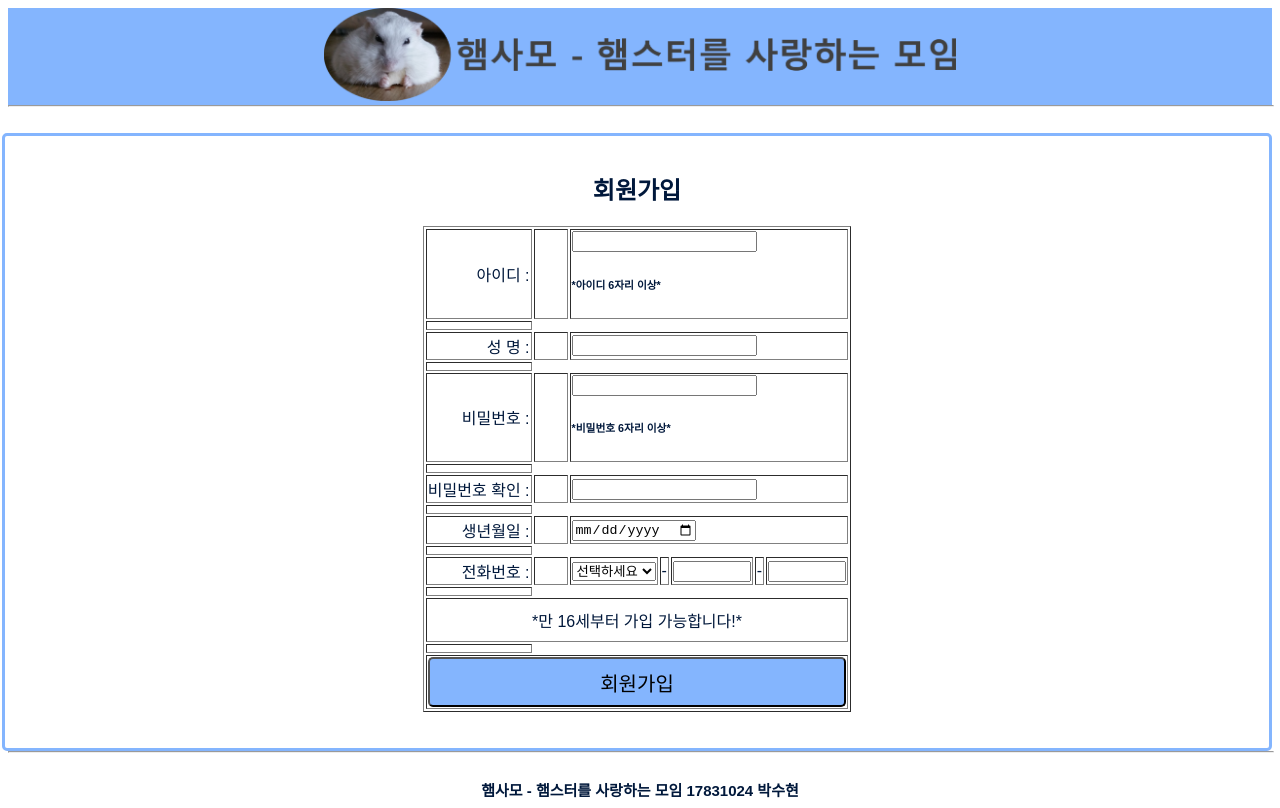
Repository: hyun5292/school
Page: http://localhost/HamSaMo/WEB-INF/views/member/joinForm.jsp
The author's editor kept a copy of each file at every save. The page is drawn from the files as they stood at one save, then again after the next save.
The browser window is 1280 px wide. The pictures show the whole page.
The page is served by Tomcat 9. Nobody is signed in. Other server files are loaded and not shown. The template is opened directly, without the code that normally fills it, so the values that code supplies are empty.

Above is the page before, as saved 2019-12-09 18:13:34.

### spring/HamSaMo/HamSaMo/src/main/webapp/WEB-INF/views/member/joinForm.jsp
<%@ page language="java" contentType="text/html; charset=UTF-8"
	pageEncoding="UTF-8"%>
<!-- jstl -->
<%@ taglib prefix="c" uri="http://java.sun.com/jsp/jstl/core"%>
<!DOCTYPE html>
<html>
<head>
<meta charset="EUC-KR">
<title>햄사모 - 햄스터를 사랑하는 모임</title>
<script
	src="http://ajax.googleapis.com/ajax/libs/jquery/3.3.1/jquery.min.js"></script>
<style>
#container {
	width: 100%;
	Height: 100%;
	font-family: 'arial';
	color: #00183b;
}

#header {
	background-color: #84b5fe;
	float: left;
	width: 100%;
	height: 10%;
}

#content {
	float: right;
	width: 100%;
	height: 80%;
	border-radius: 5px;
	border: solid 3px #84b5fe;
}

#footer {
	clear: both;
	width: 100%;
	height: 10%;
	font-size: 15px;
	font-weight: bold;
}

#btn_light {
	background-color: white;
	width: 100%;
	height: 50px;
	border-radius: 5px;
	border: bold 1px #84b5fe;
	font-size: 20px;
}

#btn_dark {
	background-color: #84b5fe;
	width: 100%;
	height: 50px;
	border-radius: 5px;
	border: bold 1px white;
	font-size: 20px;
}
</style>
<script>
	function check() {
		if (document.myform.mId.value == "") {
			alert("아이디를 입력하세요!!");
			document.myform.mId.focus();
			return false;
		}
		if (document.myform.mName.value == "") {
			alert("이름을 입력하세요!!");
			document.myform.mName.focus();
			return false;
		}
		if (document.myform.mPw.value == "") {
			alert("비밀번호를 입력하세요!!");
			document.myform.mPw.focus();
			return false;
		}
		if (document.myform.mPwChk.value == "") {
			alert("비밀번호 확인을 입력하세요!!");
			document.myform.mPw.focus();
			return false;
		}
		if (document.myform.mBirth.value == "") {
			alert("생년월일을 선택하세요!!");
			return false;
		}
		if (document.myform.mTel1[0].selected == true) {
			alert("전화번호를 선택하세요!!");
			return false;
		}
		if (document.myform.mTel2.value == "") {
			alert("전화번호를 선택하세요!!");
			document.myform.mTel2.focus();
			return false;
		}
		if (document.myform.mTel3.value == "") {
			alert("전화번호를 선택하세요!!");
			document.myform.mTel3.focus();
			return false;
		}
	}
</script>
</head>
<body>
	<article>
		<div id="container">
			<div id="header">
				<center>
					<a href="index"><img width="50%"
						src="${pageContext.request.contextPath}/resources/images/title.png">
					</a>
				</center>
			</div>
			<br />
			<hr width="100%" />
			<br />
			<div id="content" align="center">
				<h1 style="padding-top: 15px">회원가입</h1>
				<center>
					<table border="1">
						<form name=myform action="join" method="post"
							onSubmit="return check()">
						<tr>
							<td align="right">아이디 :</td>
							<td width="30px"></td>
							<td colspan="5"><input type="text" name="mId"><h6>*아이디 6자리 이상*</h6></td>
						</tr>
						<tr><td height="5px"></td></tr>
						<tr>
							<td align="right">성 명 :</td>
							<td width="30px"></td>
							<td colspan="5"><input type="text" name="mName"></td>
						</tr>
						<tr><td height="5px"></td></tr>
						<tr>
							<td align="right">비밀번호 :</td>
							<td width="30px"></td>
							<td colspan="5"><input type="text" name="mPw"><h6>*비밀번호 6자리 이상*</h6></td>
						</tr>
						<tr><td height="5px"></td></tr>
						<tr>
							<td align="right">비밀번호 확인 :</td>
							<td width="30px"></td>
							<td colspan="5"><input type="text" name="mPwChk"></td>
						</tr>
						<tr><td height="5px"></td></tr>
						<tr>
							<td align="right">생년월일 :</td>
							<td width="30px"></td>
							<td colspan="5"><input type="date" name="mBirth"
								value="${max}" min="${min}" max="${max}"></td>
						</tr>
						<tr><td height="5px"></td></tr>
						<tr>
							<td align="right">전화번호 :</td>
							<td width="30px"></td>
							<td><select name="mTel1">
									<option value="#" selected>선택하세요</option>
									<option value="010">010</option>
									<option value="011">011</option>
									<option value="017">017</option>
							</select></td>
							<td>-</td>
							<td><input style="width: 70px;" type="text" name="mTel2"></td>
							<td>-</td>
							<td><input style="width: 70px;" type="text" name="mTel3"></td>


						</tr>
						<tr><td height="5px"></td></tr>
						<tr align="center">
							<td colspan="7" height="40px">*만 16세부터 가입 가능합니다!*</td>
						</tr>
						<tr><td height="5px"></td></tr>
						<tr>
							<td colspan="7"><input type="submit" id="btn_dark"
								value="회원가입"></td>
						</tr>
						</form>
					</table>
				</center>
				<br /> <br />
			</div>
			<br />
			<hr width="100%" />
			<br />
			<center>
				<div id="footer">햄사모 - 햄스터를 사랑하는 모임 17831024 박수현</div>
			</center>
		</div>
</body>
</html>

After the next save:
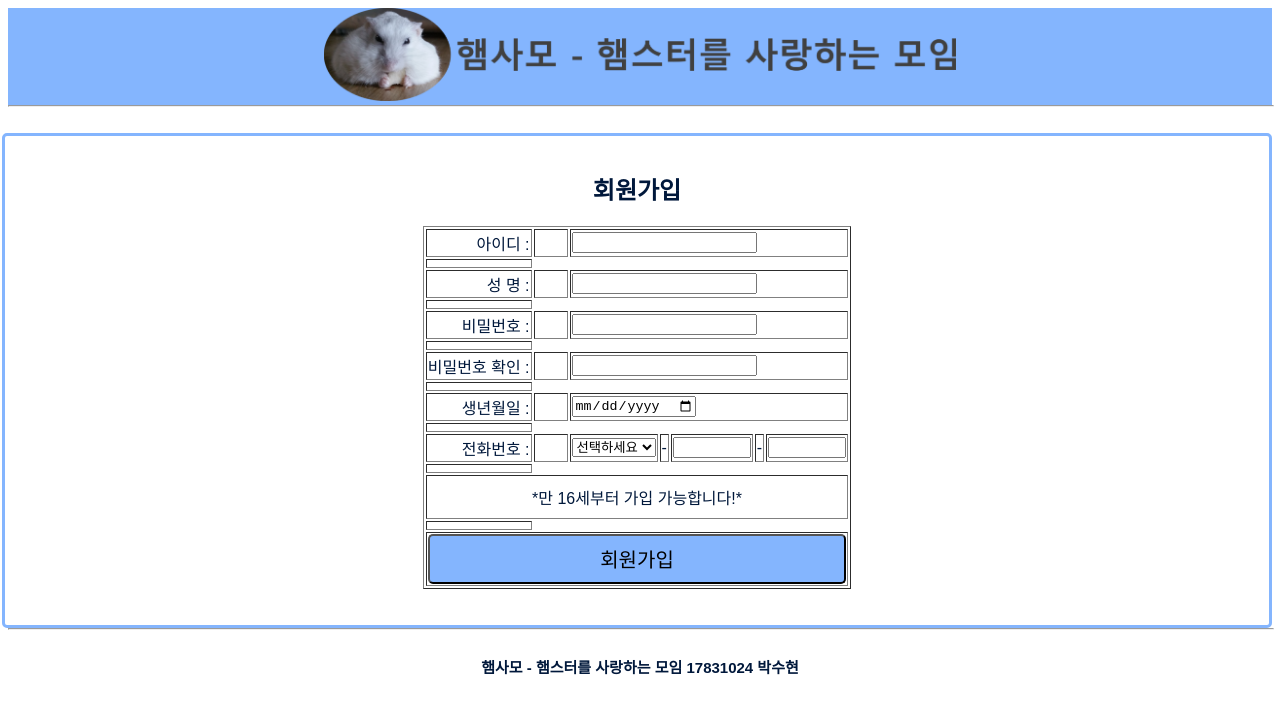
Saved 91 s later.
--- a/spring/HamSaMo/HamSaMo/src/main/webapp/WEB-INF/views/member/joinForm.jsp
+++ b/spring/HamSaMo/HamSaMo/src/main/webapp/WEB-INF/views/member/joinForm.jsp
@@ -123,7 +123,7 @@
 						<tr>
 							<td align="right">아이디 :</td>
 							<td width="30px"></td>
-							<td colspan="5"><input type="text" name="mId"><h6>*아이디 6자리 이상*</h6></td>
+							<td colspan="5"><input type="text" name="mId"></td>
 						</tr>
 						<tr><td height="5px"></td></tr>
 						<tr>
@@ -135,7 +135,7 @@
 						<tr>
 							<td align="right">비밀번호 :</td>
 							<td width="30px"></td>
-							<td colspan="5"><input type="text" name="mPw"><h6>*비밀번호 6자리 이상*</h6></td>
+							<td colspan="5"><input type="text" name="mPw"></td>
 						</tr>
 						<tr><td height="5px"></td></tr>
 						<tr>
